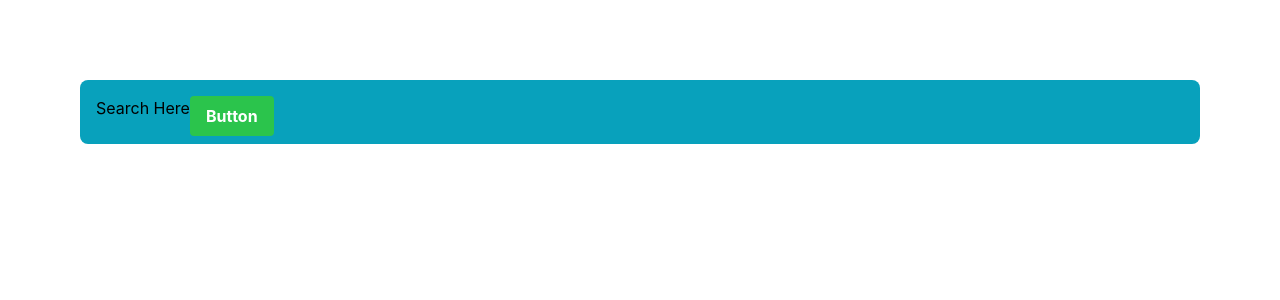
Repository: arafatmollah/pharma
Page: /
An editor plug-in stored every save of this project. The page is shown before and after the next save, followed by the edit.
The browser window is 1280 px wide. The pictures show the whole page.
The project was rebuilt for these pictures with package versions that can differ from the ones it lists, and the page was loaded fresh each time.

Above is the page before, as saved 2023-03-12 01:05:47.

### src/App.js

import './App.css';
import Nav from './Nav';

function App() {
  return (
    <div className="App">
      <Nav></Nav>
    </div>
  );
}

export default App;

### src/App.css
.box-border{
    background-color: #08A1BC;
}
.btn {
    @apply font-bold py-2 px-4 rounded;
    background-color: #2BC44C;
    color: white;
  }
  .btn-blue {
    @apply bg-blue-500 text-white;
  }
  .btn-blue:hover {
    @apply bg-blue-700;
  }

### src/Nav.js
import React from 'react'
import './App.css';

function Nav() {
  return (
    <div>
        <div className='box-border h-16 w-100 p-4 m-20 rounded-lg'>
          <div className='flex'>
                <p>Search Here</p>
                <button class="btn"> Button</button>
          </div>
        </div>
    </div>
  )
}

export default Nav

Loaded but not shown: public/index.html (common file); src/index.js (common file); src/index.css (common file); src/reportWebVitals.js (common file); tailwind.config.js (common file)

After the next save:
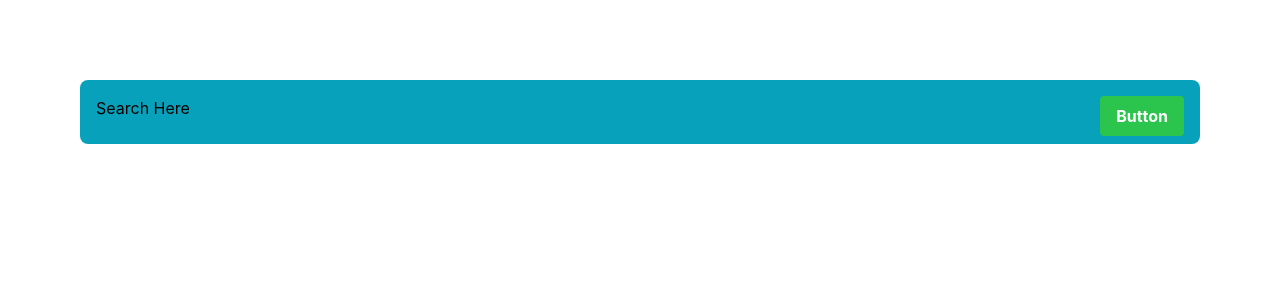
Saved 91 s later.
--- a/src/Nav.js
+++ b/src/Nav.js
@@ -5,7 +5,7 @@ function Nav() {
   return (
     <div>
         <div className='box-border h-16 w-100 p-4 m-20 rounded-lg'>
-          <div className='flex'>
+          <div className='flex justify-between'>
                 <p>Search Here</p>
                 <button class="btn"> Button</button>
           </div>
